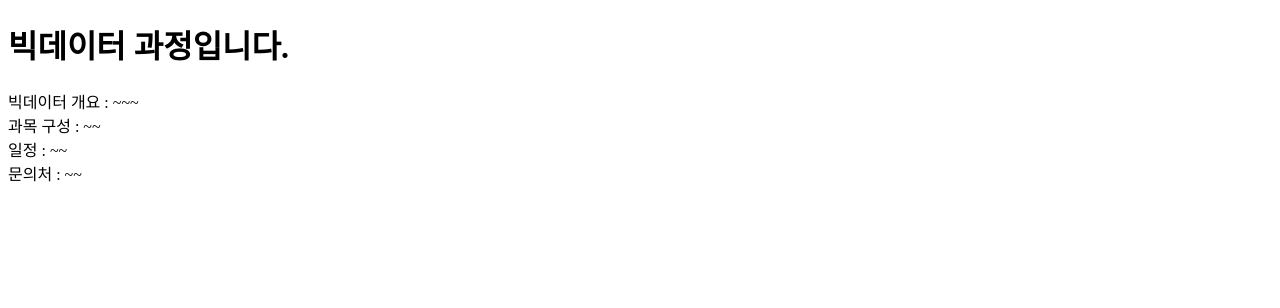
Repository: ybshim90/sesac1
Page: day_20211216_03_hello/src/main/webapp/hello.html
These files come from the project's save history. The page is drawn as it stood at one moment and after the next save; the edit follows.
The browser window is 1280 px wide. The pictures show the whole page.

Above is the page before, as saved 2021-12-16 07:28:25.

After the next save:
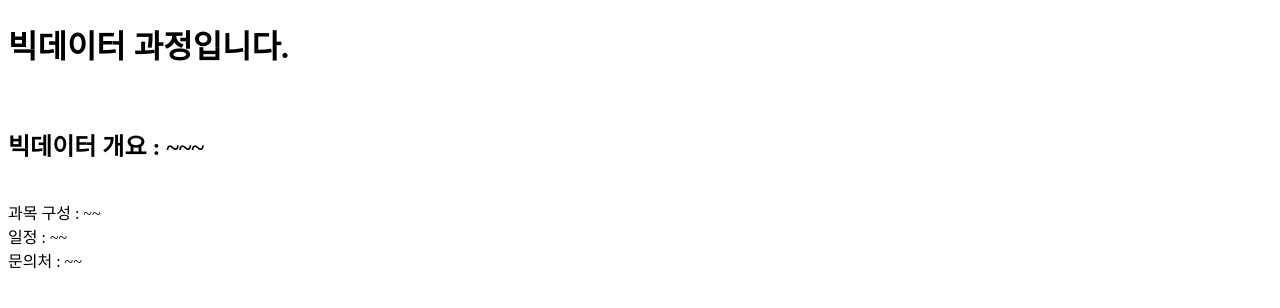
Saved 31 s later.
--- a/day_20211216_03_hello/src/main/webapp/hello.html
+++ b/day_20211216_03_hello/src/main/webapp/hello.html
@@ -5,8 +5,8 @@
 		<title>빅데이터 과정 소개</title>
 	</head>
 	<body>
-		<h1>빅데이터 과정입니다.<br></h1>
-		빅데이터 개요 : ~~~<br>
+		<h1>빅데이터 과정입니다.</h1><br>
+		<h2>빅데이터 개요 : ~~~</h2><br>
 		과목 구성 : ~~<br>
 		일정 : ~~<br>
 		문의처 : ~~<br>
